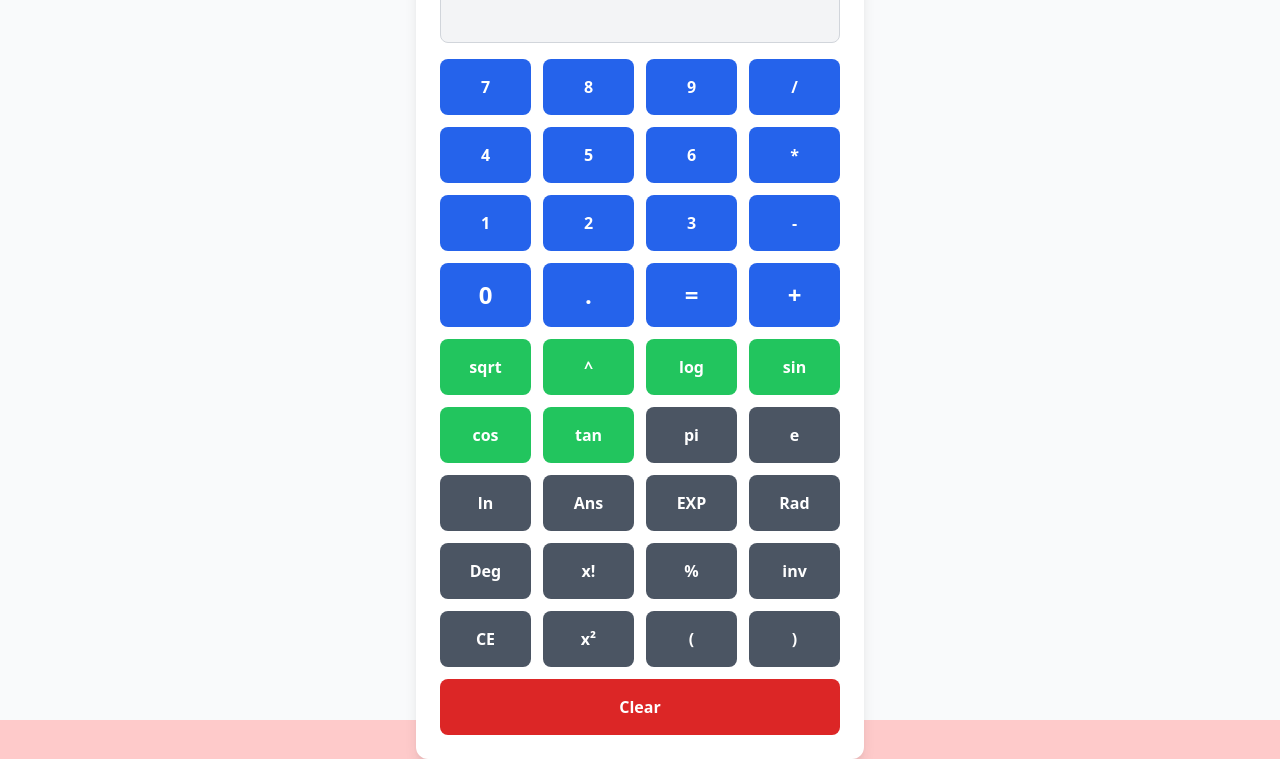
Repository: Sirinegaddour11/Calculator-App
Page: /
These files come from the project's save history. The page is drawn as it stood at one moment and after the next save; the edit follows.
The browser window is 1280 px wide. The pictures show the whole page.
The project was rebuilt for these pictures with package versions that can differ from the ones it lists, and the page was loaded fresh each time. The framework's server and built-in components were replaced by stand-ins that run in the browser. Also part of the build but not shown: next.config.mjs.

Above is the page before, as saved 2024-09-16 17:35:30.

After the next save:
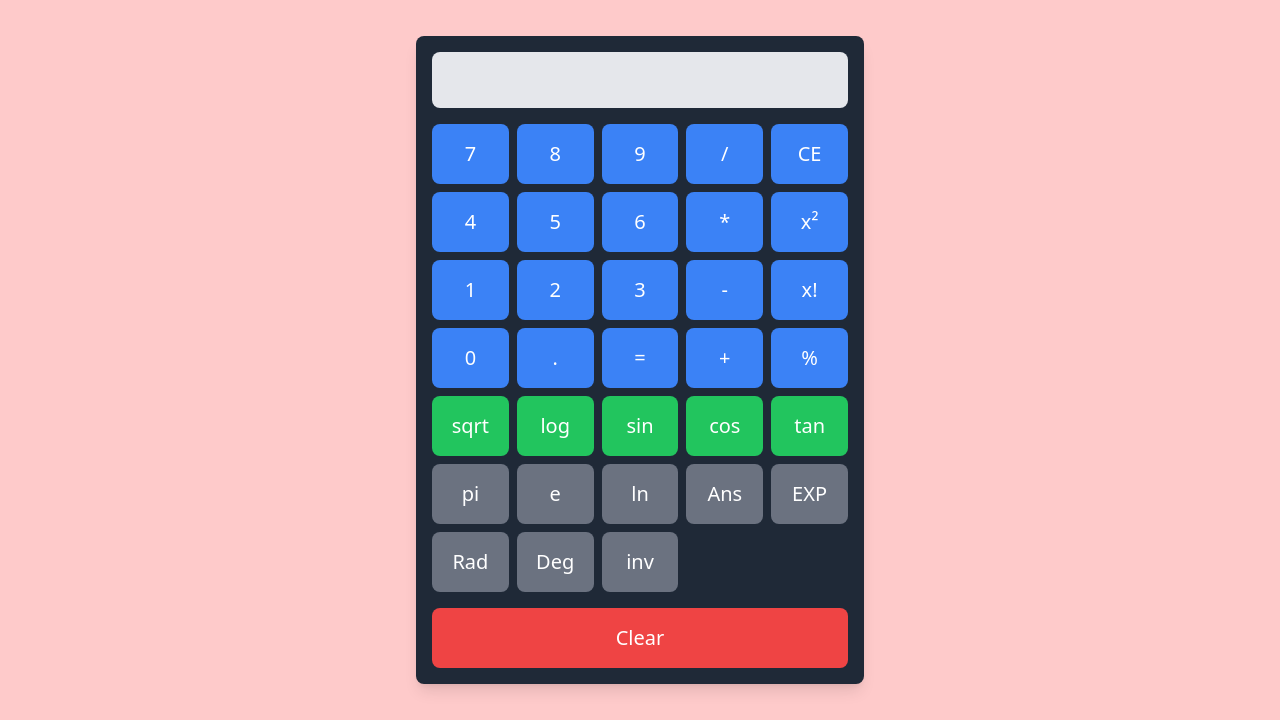
Saved 2 min 52 s later.
--- a/components/calculator.tsx
+++ b/components/calculator.tsx
@@ -1,10 +1,9 @@
 "use client";
 import React, { useState } from "react";
-import { evaluate, pi, exp, factorial } from "mathjs";
+import { evaluate, pi, exp, ln, factorial } from "mathjs";
 
 const Calculator: React.FC = () => {
   const [expression, setExpression] = useState<string>("");
-  const [lastButton, setLastButton] = useState<string>("");
   const [lastResult, setLastResult] = useState<string>("");
 
   const handleButtonClick = (value: string) => {
@@ -18,11 +17,8 @@ const Calculator: React.FC = () => {
       case "Ans":
         setExpression((prev) => prev + lastResult);
         break;
-      case "Rad":
-        setExpression((prev) => prev + " Rad ");
-        break;
-      case "Deg":
-        setExpression((prev) => prev + " Deg ");
+      case "ln":
+        setExpression((prev) => prev + "ln(");
         break;
       case "x!":
         setExpression((prev) => prev + "factorial(");
@@ -42,23 +38,16 @@ const Calculator: React.FC = () => {
       case "x²":
         setExpression((prev) => prev + "^2");
         break;
-      case "ln":
-        setExpression((prev) => prev + "ln(");
-        break;
       default:
         if (["sqrt", "log", "sin", "cos", "tan", "^"].includes(value)) {
           setExpression((prev) => prev + value + "(");
         } else if (value === ")") {
-          if (lastButton === "(") {
-            setExpression((prev) => prev.slice(0, -1)); // Retirer '(' si vide
-          }
           setExpression((prev) => prev + value);
         } else {
           setExpression((prev) => prev + value);
         }
         break;
     }
-    setLastButton(value);
   };
 
   const handleCalculate = () => {
@@ -73,51 +62,58 @@ const Calculator: React.FC = () => {
 
   const handleClear = () => {
     setExpression("");
-    setLastButton("");
     setLastResult("");
   };
 
   return (
-    <div className="flex justify-center items-center h-screen bg-gray-50">
-      <div className="w-full max-w-md bg-white rounded-xl shadow-lg p-6">
+    <div className="flex justify-center items-center h-screen p-4">
+      <div className="max-w-md w-full bg-gray-800 rounded-lg shadow-lg p-4">
         <input
           type="text"
-          className="w-full mb-4 p-3 text-2xl text-right bg-gray-100 rounded-lg border border-gray-300 focus:outline-none focus:ring-2 focus:ring-blue-500"
+          className="w-full mb-4 p-3 text-2xl text-right bg-gray-200 rounded-lg"
           value={expression}
           readOnly
         />
-        <div className="grid grid-cols-4 gap-3">
-          {["7", "8", "9", "/"].map((value, index) => (
+        <div className="grid grid-cols-5 gap-2">
+          {/* Ligne 1 */}
+          {["7", "8", "9", "/", "CE"].map((value, index) => (
             <button
               key={index}
-              className="p-4 bg-blue-600 text-white rounded-lg font-semibold hover:bg-blue-700"
+              className="p-4 bg-blue-500 text-white rounded-lg hover:bg-blue-600 text-xl"
+              onClick={() =>
+                value === "CE"
+                  ? handleButtonClick(value)
+                  : handleButtonClick(value)
+              }
+            >
+              {value}
+            </button>
+          ))}
+          {/* Ligne 2 */}
+          {["4", "5", "6", "*", "x²"].map((value, index) => (
+            <button
+              key={index}
+              className="p-4 bg-blue-500 text-white rounded-lg hover:bg-blue-600 text-xl"
               onClick={() => handleButtonClick(value)}
             >
               {value}
             </button>
           ))}
-          {["4", "5", "6", "*"].map((value, index) => (
+          {/* Ligne 3 */}
+          {["1", "2", "3", "-", "x!"].map((value, index) => (
             <button
               key={index}
-              className="p-4 bg-blue-600 text-white rounded-lg font-semibold hover:bg-blue-700"
+              className="p-4 bg-blue-500 text-white rounded-lg hover:bg-blue-600 text-xl"
               onClick={() => handleButtonClick(value)}
             >
               {value}
             </button>
           ))}
-          {["1", "2", "3", "-"].map((value, index) => (
+          {/* Ligne 4 */}
+          {["0", ".", "=", "+", "%"].map((value, index) => (
             <button
               key={index}
-              className="p-4 bg-blue-600 text-white rounded-lg font-semibold hover:bg-blue-700"
-              onClick={() => handleButtonClick(value)}
-            >
-              {value}
-            </button>
-          ))}
-          {["0", ".", "=", "+"].map((value, index) => (
-            <button
-              key={index}
-              className="p-4 bg-blue-600 text-white rounded-lg font-bold text-2xl hover:bg-blue-700"
+              className="p-4 bg-blue-500 text-white rounded-lg hover:bg-blue-600 text-xl"
               onClick={() =>
                 value === "=" ? handleCalculate() : handleButtonClick(value)
               }
@@ -125,58 +121,35 @@ const Calculator: React.FC = () => {
               {value}
             </button>
           ))}
-          {/* Fonction scientifique enrichie */}
-          {["sqrt", "^", "log", "sin", "cos", "tan"].map((func, index) => (
+          {/* Ligne 5 (fonctions scientifiques) */}
+          {["sqrt", "log", "sin", "cos", "tan"].map((func, index) => (
             <button
               key={index}
-              className="p-4 bg-green-500 text-white rounded-lg font-semibold hover:bg-green-600"
+              className="p-4 bg-green-500 text-white rounded-lg hover:bg-green-600 text-xl"
               onClick={() => handleButtonClick(func)}
             >
               {func}
             </button>
           ))}
-          {/* Ajout des nouveaux boutons */}
-          {[
-            "pi",
-            "e",
-            "ln",
-            "Ans",
-            "EXP",
-            "Rad",
-            "Deg",
-            "x!",
-            "%",
-            "inv",
-            "CE",
-            "x²",
-          ].map((func, index) => (
-            <button
-              key={index}
-              className="p-4 bg-gray-600 text-white rounded-lg font-semibold hover:bg-gray-700"
-              onClick={() => handleButtonClick(func)}
-            >
-              {func}
-            </button>
-          ))}
-          <button
-            className="p-4 bg-gray-600 text-white rounded-lg font-semibold hover:bg-gray-700"
-            onClick={() => handleButtonClick("(")}
-          >
-            (
-          </button>
-          <button
-            className="p-4 bg-gray-600 text-white rounded-lg font-semibold hover:bg-gray-700"
-            onClick={() => handleButtonClick(")")}
-          >
+          {/* Ligne 6 (fonctions supplémentaires) */}
+          {["pi", "e", "ln", "Ans", "EXP", "Rad", "Deg", "inv"].map(
+            (func, index) => (
+              <button
+                key={index}
+                className="p-4 bg-gray-500 text-white rounded-lg hover:bg-gray-600 text-xl"
+                onClick={() => handleButtonClick(func)}
+              >
+                {func}
+              </button>
             )
-          </button>
-          <button
-            className="p-4 bg-red-600 text-white rounded-lg font-semibold hover:bg-red-700 col-span-4"
-            onClick={handleClear}
-          >
-            Clear
-          </button>
+          )}
         </div>
+        <button
+          className="mt-4 w-full p-4 bg-red-500 text-white rounded-lg hover:bg-red-600 text-xl"
+          onClick={handleClear}
+        >
+          Clear
+        </button>
       </div>
     </div>
   );
